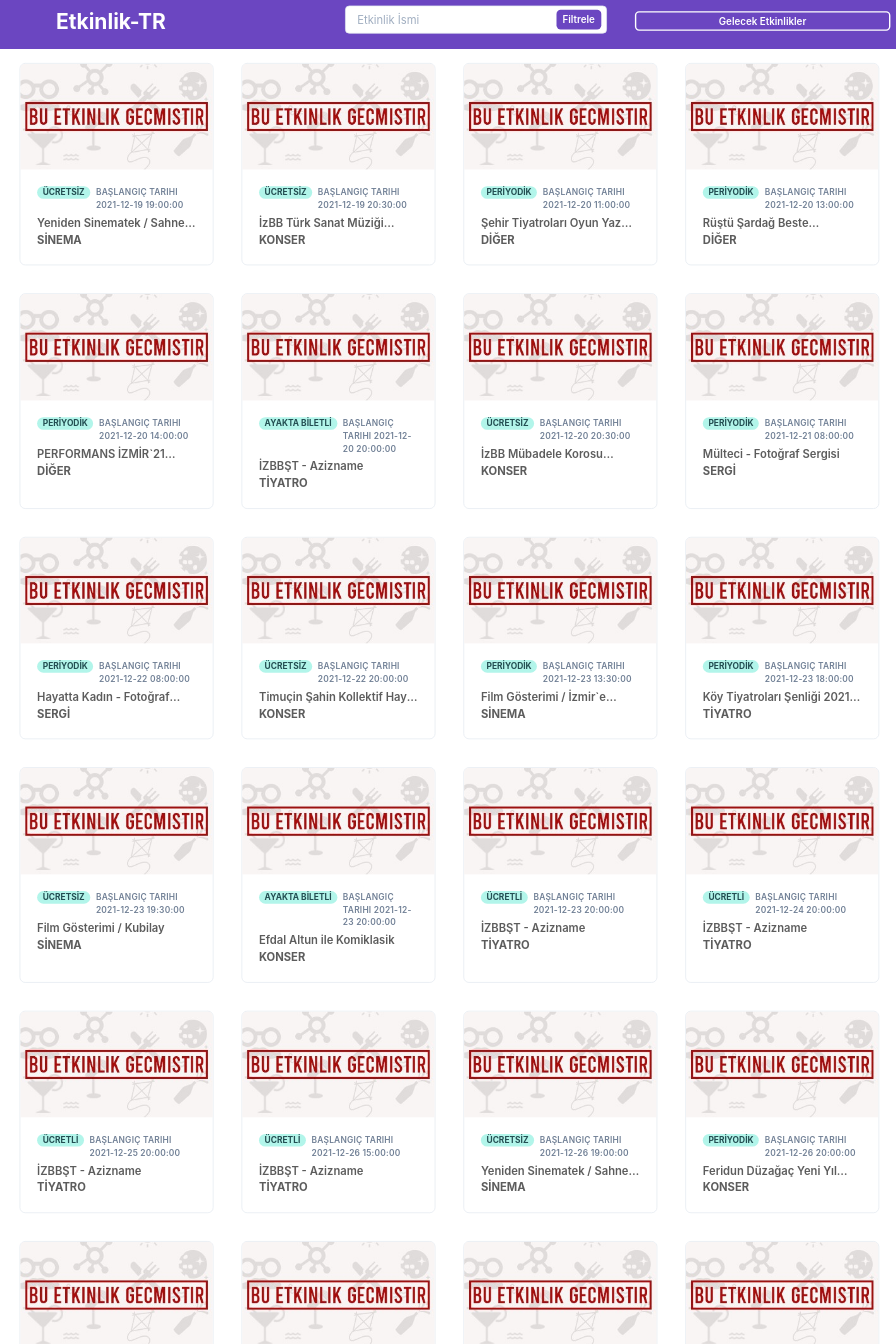
Repository: adnanyagmur/EtsTur-FrontEnd-Hiring-Challange
Page: /gecmisEtkinlikler
An editor plug-in stored every save of this project. The page is shown before and after the next save, followed by the edit.
The browser window is 1280 px wide. The pictures show the part of the page from y = 0 to 1920 px (the page is 25889 px tall before and 31916 px after), at 70% of full size.
The project was rebuilt for these pictures with package versions that can differ from the ones it lists, and the page was loaded fresh each time. Also part of the build but not shown: src/index.css, src/components/detailPage/rotaCalculate/Calculate.js, src/components/detailPage/addressMap/AdrsMap.jsx, src/components/detailPage/DetailPage.jsx, src/components/eventList/EventList.jsx, src/components/hompage/HomePage.jsx.

Above is the page before, as saved 2022-06-22 15:10:53.

After the next save:
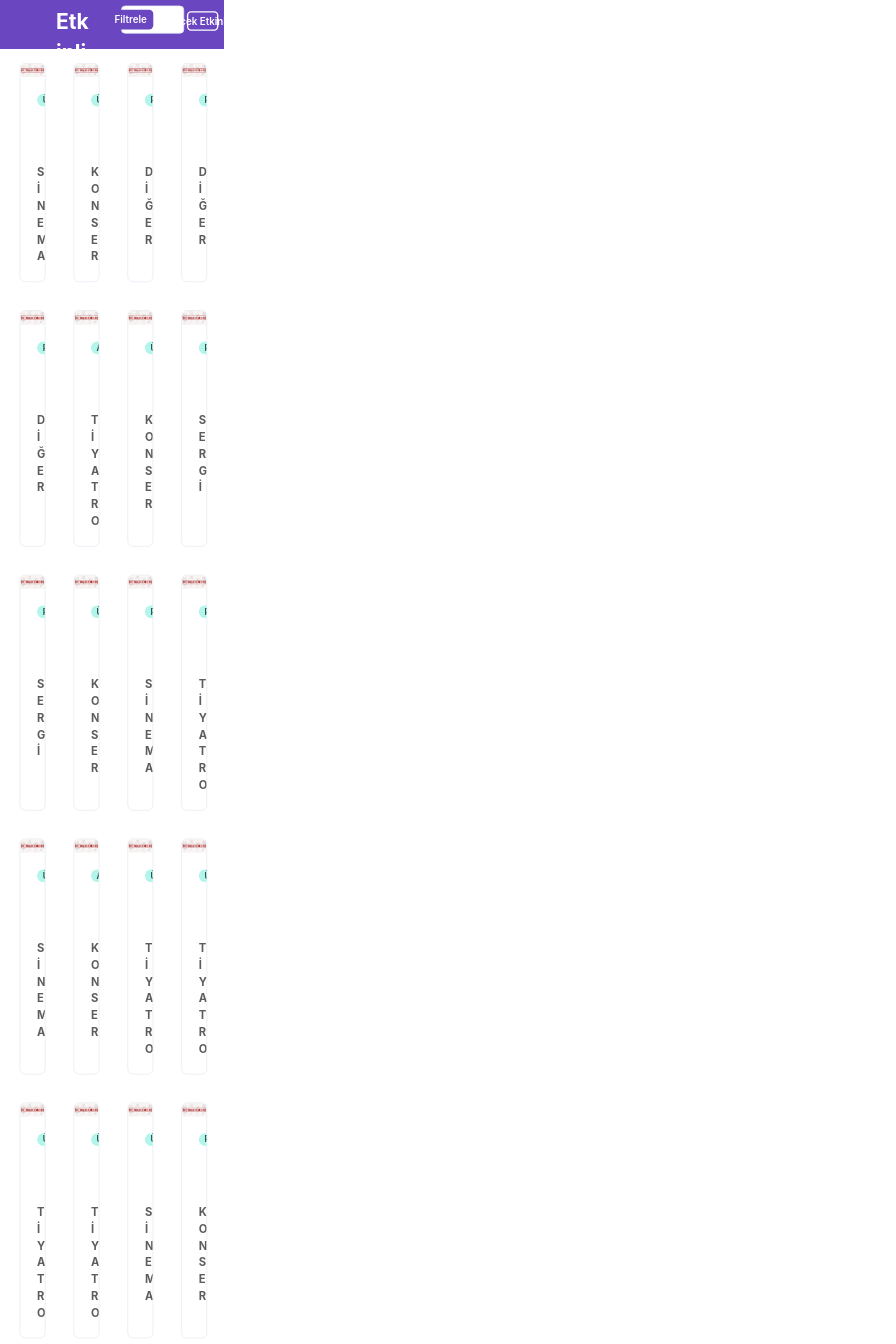
Saved 45 min 27 s later.
--- a/src/components/pastEventList/PastList.jsx
+++ b/src/components/pastEventList/PastList.jsx
@@ -27,6 +27,7 @@ const handleClick = (()=> {
   gap='1'
   color='blackAlpha.700'
   fontWeight='bold'
+  width={{ base: '100%', sm: '50%', md: '25%' }}
 >
   <GridItem pt='2' pl='80px' bg='purple.600' color='white' area={'header'}>
   <SimpleGrid columns={[null,3]} spacing='40px'>
